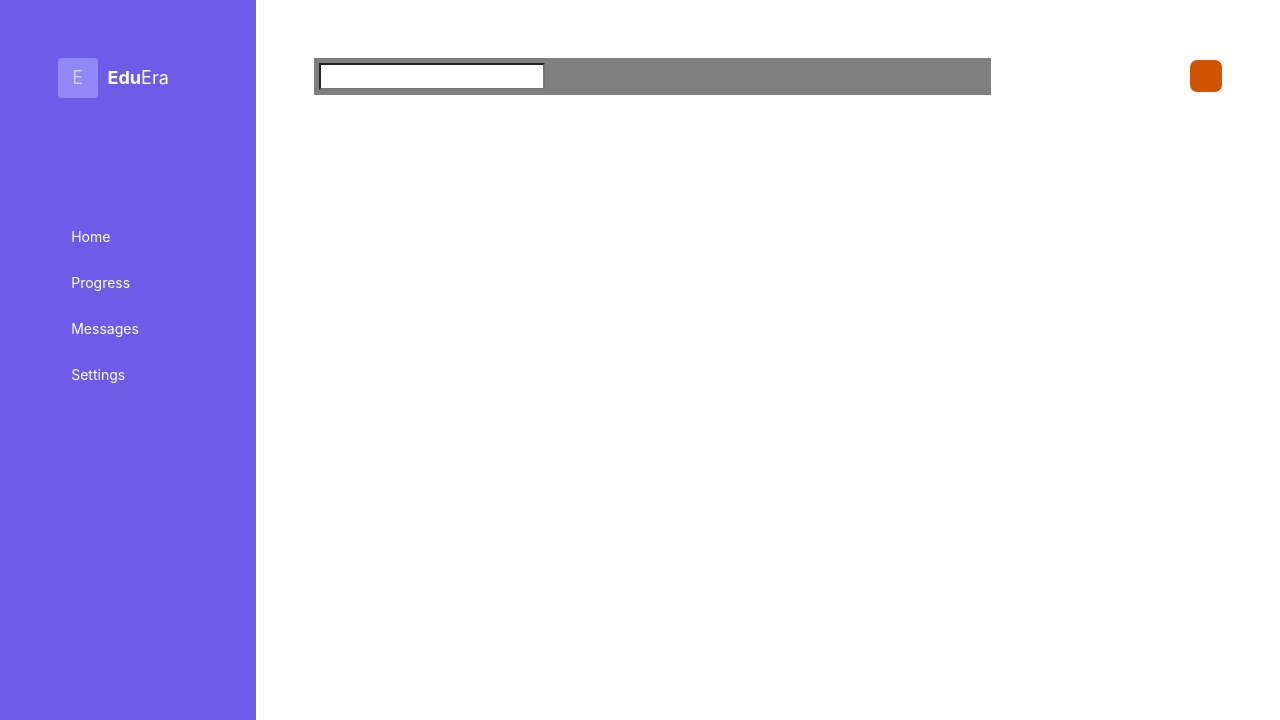
Repository: huynhnt1406/coursestorage
Page: / (app in coursestorage/)
These files come from the project's save history. The page is drawn as it stood at one moment and after the next save; the edit follows.
The browser window is 1280 px wide. The pictures show the whole page.
The project was rebuilt for these pictures with package versions that can differ from the ones it lists, and the page was loaded fresh each time.

Above is the page before, as saved 2021-05-01 16:46:34.

### coursestorage/src/main.js
import Vue from 'vue'
import App from './App.vue'
import 'ant-design-vue/dist/antd.css'
import Antd from 'ant-design-vue';
Vue.config.productionTip = false
Vue.use(Antd);
new Vue({
  render: h => h(App),
}).$mount('#app')

### coursestorage/src/App.vue
<template>
  <div class="container">
    <div class="sidebar">
      <Sidebar/>
    </div>
    <div class="main">
      <SearchBar/>
    </div>
  </div>
</template>

<script>
import Sidebar from './components/Sidebar'
import SearchBar from './components/SearchBar'
export default {
  components:{
    Sidebar,
    SearchBar
  }
}
</script>

<style>
*{
  margin:0
}
.container{
  background-color:white;
  min-height: 100vh;
  display: flex;
}
.main{
  flex:0.8;
}
</style>

### coursestorage/src/components/Sidebar.vue
<template>
  <div class="sidebar">
      <div class="sidebar-header">
          <a-avatar shape="square" size="large" style="backgroundColor:#a29bfe ; opacity:0.7 ; marginRight:10px">E</a-avatar>
          <span><strong>Edu</strong>Era</span>
      </div>
      <div class="sidebar-links">
          <div class="link">
              <a-icon style="color:#a29bfe ; opacity:0.7" type="appstore"/>
              <span>Home</span>
          </div>
           <div class="link">
               <a-icon style="color:#a29bfe ; opacity:0.7" type="bar-chart" />
              <span>Progress</span>
          </div>
           <div class="link">
               <a-icon style="color:#a29bfe ; opacity:0.7" type="message" />
                <span>Messages</span>
          </div>
           <div class="link">
                <a-icon style="color:#a29bfe ; opacity:0.7" type="setting" />
              <span>Settings</span>
          </div>
      </div>
  </div>
</template>

<script>
export default {

}
</script>

<style>
.sidebar{
    flex:0.2;
    background-color:#6c5ce7;
}
.sidebar-header{
    display: flex;
    align-items: center;
    padding:8vh 0 8vh 8vh
}
.sidebar-header span{
    color:white;
    font-size: large;
}
.sidebar-links{
    padding:8.5vh;
}
.link{
    display: flex;
    margin-bottom:5px;
    align-items: center;
    padding:10px 0 10px 0;
    color:white;
}
.link span{
    margin-left:10px;
}
.link:hover{
    color:#d35400;
    cursor: pointer;
}
</style>

### coursestorage/src/components/SearchBar.vue
<template>
  <div class="searchbar">
    <div class="search-tool">
        <a-icon type="search" />
        <input type="text" >
    </div>
    <div class="icons">
        <a-avatar shape="square" icon="user" type="user" size="40px" style="color:black ;backgroundColor:white; border-radius:7px "  />
        <a-avatar shape="square" size="40px" style="backgroundColor:#d35400 ;border-radius:7px " icon="fire" />
    </div>
  </div>
</template>

<script>
export default {

}
</script>

<style>
.searchbar{
    padding:8vh;
    display: flex;
    justify-content: space-between;
    align-items: center;
    flex:1;
}
.search-tool {
    background-color: gray;
    padding:5px;
    flex:0.8;
}
.search-tool input{
    flex:0.8;
}
</style>

Loaded but not shown: coursestorage/public/index.html (common file)

After the next save:
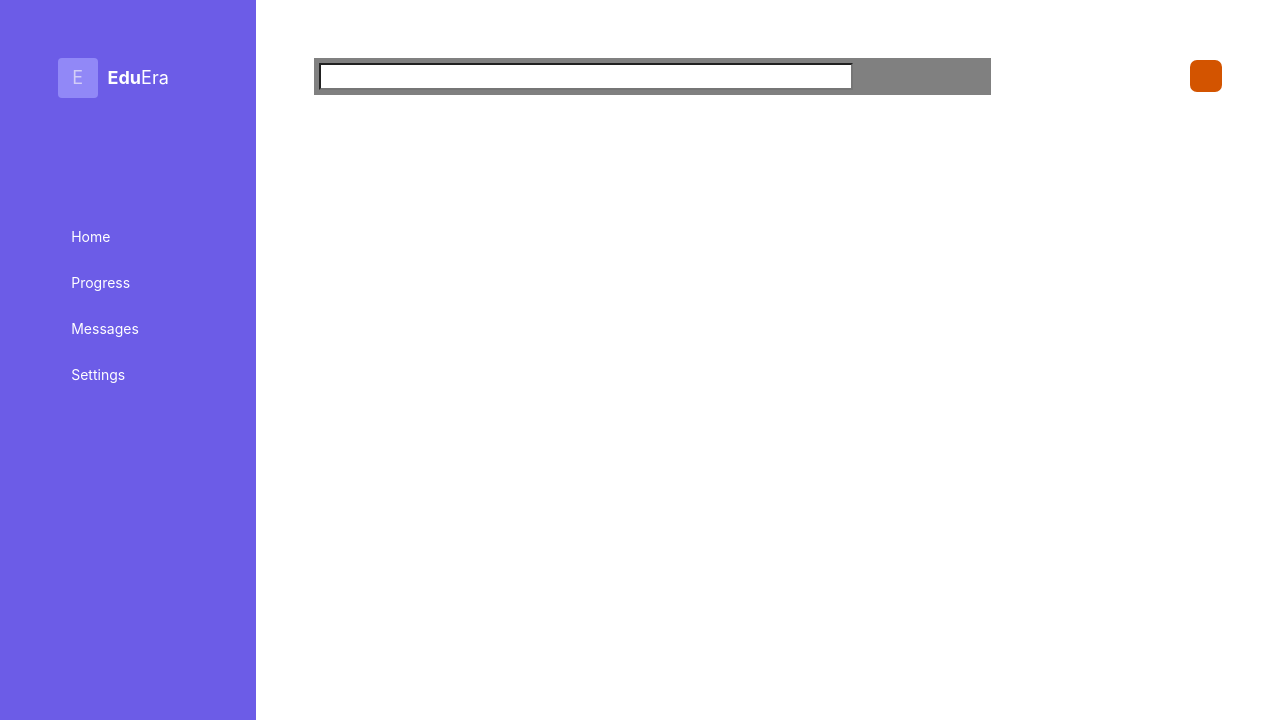
Saved 13 s later.
--- a/coursestorage/src/components/SearchBar.vue
+++ b/coursestorage/src/components/SearchBar.vue
@@ -31,6 +31,6 @@
     flex:0.8;
 }
 .search-tool input{
-    flex:0.8;
+    width: 80%;
 }
 </style>
